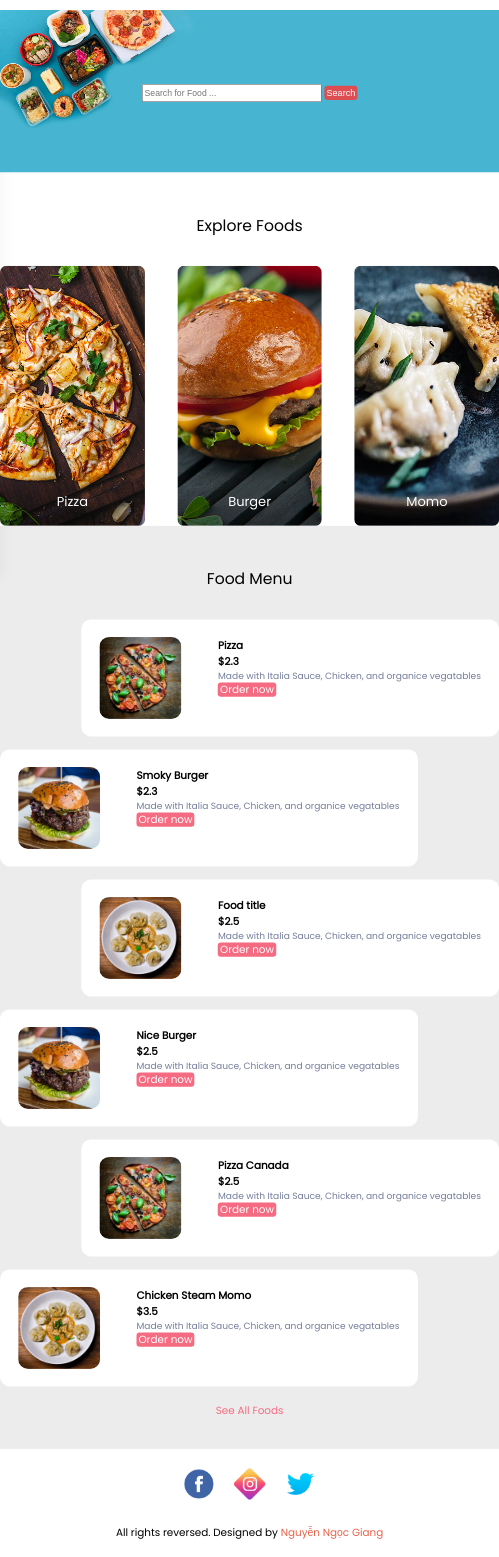
Repository: ruaruababa/WowFood
Page: index.html
The author's editor kept a copy of each file at every save. The page is drawn from the files as they stood at one save, then again after the next save.
The browser window is 768 px wide. The pictures show the whole page, at 65% of full size.

Above is the page before, as saved 2021-09-18 15:45:11.

### index.html
<!DOCTYPE html>
<html lang="en">

<head>
    <meta charset="UTF-8" />
    <meta http-equiv="X-UA-Compatible" content="IE=edge" />
    <meta name="viewport" content="width=device-width, initial-scale=1.0" />
    <title>Document</title>
    <link rel="stylesheet" href="./style.css" />
    <link rel="stylesheet" href="./reset.css" />
    <link rel="preconnect" href="https://fonts.googleapis.com" />
    <link rel="preconnect" href="https://fonts.gstatic.com" crossorigin />
    <link href="https://fonts.googleapis.com/css2?family=Poppins:wght@400&display=swap" rel="stylesheet" />
</head>

<body>
    <header>
        <div class="container-header">
            <div class="header-left">
                <img src="./img/logo.png" alt="" />
            </div>
            <div class="header-right">
                <ul class="nav">
                    <li class="item"><a href="">Home</a></li>
                    <li class="item"><a href="">Categories</a></li>
                    <li class="item"><a href="">Foods</a></li>
                    <li class="item"><a href="">Contact</a></li>
                </ul>
            </div>
        </div>
    </header>
    <nav>
        <div class="container-nav">
            <div class="background-search">
                <img src="./img/bg.jpg" alt="bgr-search" />
            </div>
            <div class="form">
                <input type="text" placeholder="Search for Food ..." class="input-search" />
                <!-- <button class="btn-search">Search</button> -->
                <input type="button" value="Search" class="btn-search" />
            </div>
        </div>
    </nav>
    <section>
        <div class="container-section">
            <div class="explore-food">Explore Foods</div>
            <div class="collection-food">
                <ul class="list-food">
                    <li class="item"><img src="./img/pizza.jpg" alt="" /><span>Pizza</span></li>
                    <li class="item"><img src="./img/burger.jpg" alt="" /><span>Burger</span></li>
                    <li class="item"><img src="./img/momo.jpg" alt="" /><span>Momo</span></li>
                </ul>
            </div>
        </div>
    </section>
    <article>
        <div class="container-article">
            <div class="title-food-menu">Food Menu</div>
            <div class="container-menu">
                <div class="container-item">
                    <img src="./img/menu-pizza.jpg" alt="" class="bgr-item" />
                    <div class="item-content">
                        <h6 class="title-item">Pizza</h6>
                        <span class="price-item">$2.3</span>
                        <p class="des-item">
                            Made with Italia Sauce, Chicken, and organice vegatables
                        </p>
                        <a href="" class="oder-item">Order now</a>
                    </div>
                </div>
                <div class="container-item">
                    <img src="./img/menu-burger.jpg" alt="" class="bgr-item" />
                    <div class="item-content">
                        <h6 class="title-item">Smoky Burger</h6>
                        <span class="price-item">$2.3</span>
                        <p class="des-item">
                            Made with Italia Sauce, Chicken, and organice vegatables
                        </p>
                        <a href="" class="oder-item">Order now</a>
                    </div>
                </div>
                <div class="container-item">
                    <img src="./img/menu-momo.jpg" alt="" class="bgr-item" />
                    <div class="item-content">
                        <h6 class="title-item">Food title</h6>
                        <span class="price-item">$2.5</span>
                        <p class="des-item">
                            Made with Italia Sauce, Chicken, and organice vegatables
                        </p>
                        <a href="" class="oder-item">Order now</a>
                    </div>
                </div>
                <div class="container-item">
                    <img src="./img/menu-burger.jpg" alt="" class="bgr-item" />
                    <div class="item-content">
                        <h6 class="title-item">Nice Burger</h6>
                        <span class="price-item">$2.5</span>
                        <p class="des-item">
                            Made with Italia Sauce, Chicken, and organice vegatables
                        </p>
                        <a href="" class="oder-item">Order now</a>
                    </div>
                </div>
                <div class="container-item">
                    <img src="./img/menu-pizza.jpg" alt="" class="bgr-item" />
                    <div class="item-content">
                        <h6 class="title-item">Pizza Canada</h6>
                        <span class="price-item">$2.5</span>
                        <p class="des-item">
                            Made with Italia Sauce, Chicken, and organice vegatables
                        </p>
                        <a href="" class="oder-item">Order now</a>
                    </div>
                </div>
                <div class="container-item">
                    <img src="./img/menu-momo.jpg" alt="" class="bgr-item" />
                    <div class="item-content">
                        <h6 class="title-item">Chicken Steam Momo</h6>
                        <span class="price-item">$3.5</span>
                        <p class="des-item">
                            Made with Italia Sauce, Chicken, and organice vegatables
                        </p>
                        <a href="" class="oder-item">Order now</a>
                    </div>
                </div>
            </div>
            <div class="footer-food-menu">
                <a href="#" class="see-all-foods">See All Foods</a>
            </div>
        </div>
    </article>
    <footer>
        <div class="container-footer">
            <div class="social-network-icon">
                <div class="icon-fb">
                    <a href="https://www.facebook.com/WowFoodPage"><img src="./img/facebook_icon-icons.com_59205.png"
                            alt="" /></a>
                </div>
                <div class="icon-insta">
                    <a href="https://www.instagram.com/wowfoodrus/"><img src="./img/intsa-icon.png" alt="" /></a>
                </div>
                <div class="icon-twitter">
                    <a href="https://twitter.com/WOWFoodPics"><img src="./img/twitter_socialnetwork_20007.png"
                            alt="" /></a>
                </div>
            </div>
            <div class="license">
                <p>
                    All rights reversed. Designed by <a href="">Nguyễn Ngọc Giang</a>
                </p>
            </div>
        </div>
    </footer>
</body>

</html>

### style.css
body{
    overflow-x: scroll ;
}

header{
    /* width: max-content; */
}
.container-header {
    display: flex;
    justify-content: center;
    align-items: center;
    margin-top: 15px;
    gap: 700px;
}

.header-left {
    display: flex;
}

.header-left img {}

.name-brand {
    margin-top: 50%;
}

.header-right {
    font-family: "Poppins", sans-serif;
}

.nav {
    list-style: none;
}

.nav li {
    display: inline;
    padding-left: 10px;
    transition: .2s all;
    padding: 5px;
}

.nav li a {
    text-decoration: none;
    color: rgb(211, 38, 38);
}

.nav:hover .item {
    filter: blur(3px);
    opacity: .5;
    transform: scale(.98);
    box-shadow: none;
}

.nav:hover .item:hover {
    transform: scale(1);
    filter: blur(0px);
    opacity: 1;
    box-shadow: 0 8px 20px 0px rgba(0, 0, 0, 0.125);
    border-radius: 5px;
}


nav {
    position: relative;
    max-width: 100%;
    max-height: 100%;
    height: 250px;
}

.container-nav {
    text-align: center;
    margin-top: 15px;
}

.background-search {
    height: 250px;
}

.background-search img {
    height: inherit;
    width: 100%;
    object-fit: cover;
}

.form {
    width: 100%;
    position: absolute;
    top: 50%;
    left: 50%;
    transform: translate(-50%, -50%);
    height: 22px;
}

.input-search {
    width: 35%;
    height: inherit;
}

.btn-search {
    background-color: rgba(250, 59, 59, 0.849);
    border: none;
    border-radius: 5px;
    font-size: 14px;
    color: white;
    cursor: pointer;
    padding: 3px;
}

section {
    position: relative;
}

.explore-food {
    padding-top: 70px;
    text-align: center;
    font-size: 24px;
    font-family: "Poppins", sans-serif;
}

.list-food {
    margin-top: 50px;
    display: flex;
    justify-content: center;
    column-gap: 50px;
}

.list-food li {
    width: 330px;
    height: 400px;
    transition: .2s all;
}

.list-food li:hover {
    transform: scale(1.1);
}

.list-food li img {
    width: 100%;
    height: 100%;
    object-fit: cover;
    border-radius: 10px;
}

.list-food li span {
    font-family: "Poppins", sans-serif;
    display: block;
    font-size: 20px;
    text-align: center;
    color: #ffffff;
    margin-top: -50px;
}

article {
    background-color: #ececec;
}

.title-food-menu {
    padding-top: 70px;
    font-size: 24px;
    text-align: center;
    font-family: "Poppins", sans-serif;
}

.container-menu {
    padding-top: 50px;
    display: grid;
    grid-gap: 20px;
    grid-template-columns: repeat(auto-fit, minmax(550px, 1fr));
    grid-auto-rows: 180px;
    justify-items: center;
    font-family: "Poppins", sans-serif;
}

.container-item:nth-child(odd) {
    justify-self: end;
}

.container-item:nth-child(even) {
    justify-self: start;
}

.container-item {
    background-color: #ffffff;
    display: flex;
    align-items: center;
    border-radius: 15px;
}

.container-item img {
    width: 25%;
    height: 70%;
    object-fit: cover;
    border-radius: 15px;
    margin: 0 28px;
}

.container-item .item-content {
    width: 100%;
    height: 70%;
    object-fit: cover;
    border-radius: 15px;
    margin: 0 28px;
}

.item-content {
    display: inline-block;
}

.title-item {
    font-size: 16px;
    font-weight: bold;
    line-height: 25px;
}

.price-item {
    line-height: 25px;
    font-weight: bold;
}

.des-item {
    font-size: 14px;
    line-height: 20px;
    color: #747d9c;
}

.oder-item {
    text-decoration: none;
    background-color: #f56b81;
    color: white;
    border-radius: 5px;
    padding: 3px;
    display: inline-block;

}

.footer-food-menu {
    margin-top: 30px;
}

.see-all-foods {
    display: block;
    text-align: center;
    text-decoration: none;
    color: #f56b81;
    padding-bottom: 50px;
    font-family: "Poppins", sans-serif;
    transition: .2s all;
}

.see-all-foods:hover{
    text-decoration: underline;
    transform: scale(1.1);
}

.social-network-icon {
    display: flex;
    justify-content: center;
    margin-top: 30px;
}

.icon-insta {
    margin: 0 30px;
}

.license {
    margin-top: 40px;
    margin-bottom: 30px;
    font-family: "Poppins", sans-serif;
}

.license p {
    text-align: center;
}

.license p a {
    text-decoration: none;
    color: #e7614a;
}

@media screen and (max-width: 811px) {
    .container-header{
        position: fixed;
        left: -100%;
        top: 5rem;
        flex-direction: column;
        background-color: #fff;
        width: 100%;
        border-radius: 10px;
        text-align: center;
        transition: 0.3s;
        box-shadow:
            0 10px 27px rgba(0, 0, 0, 0.05);
    }
}

Loaded but not shown: reset.css (common file)

After the next save:
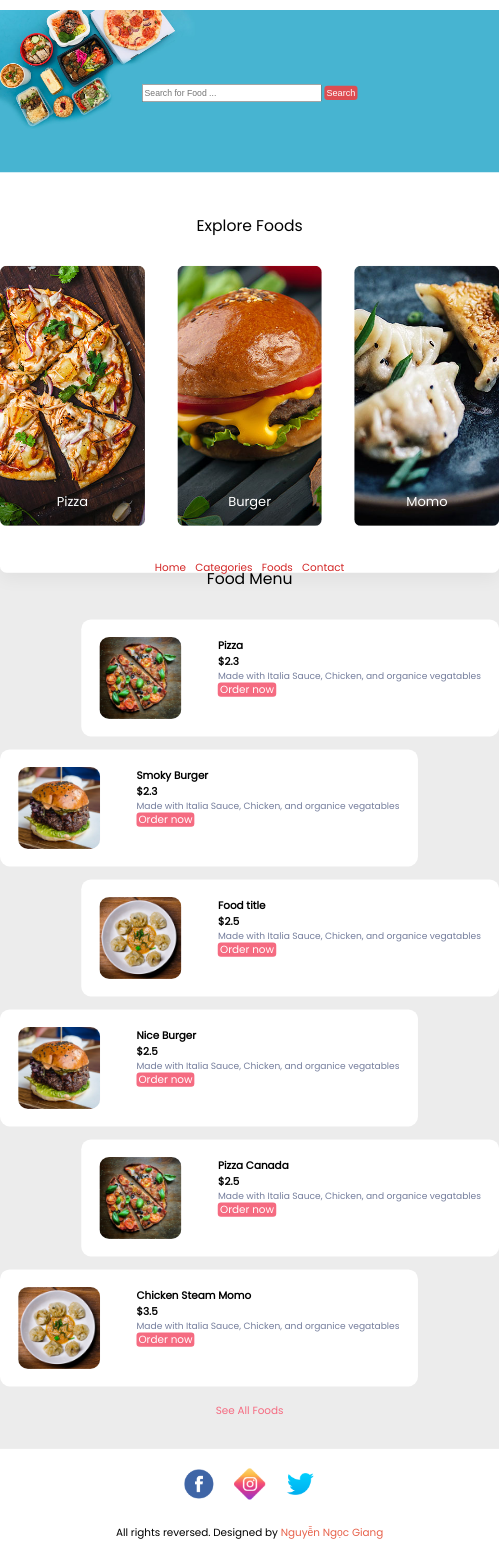
Saved 13 s later.
--- a/style.css
+++ b/style.css
@@ -279,7 +279,6 @@ article {
 @media screen and (max-width: 811px) {
     .container-header{
         position: fixed;
-        left: -100%;
         top: 5rem;
         flex-direction: column;
         background-color: #fff;
